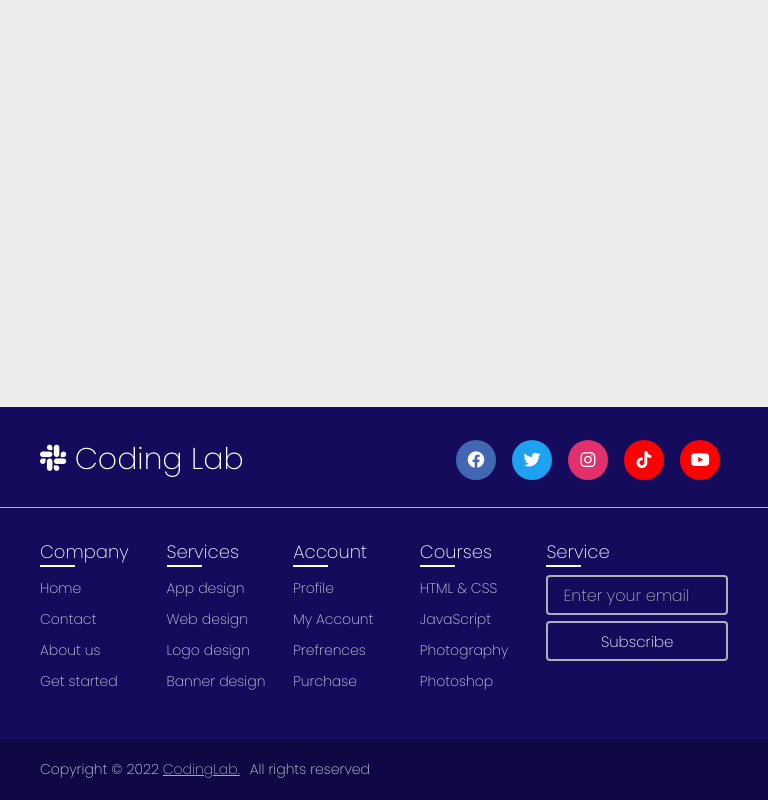
Repository: huynhvanngoan/TaskTeam5
Page: ResponsiveWebsiteFooterDesign/index.html
The author's editor kept a copy of each file at every save. The page is drawn from the files as they stood at one save, then again after a run of saves.
The browser window is 768 px wide. The pictures show the whole page.

Above is the page before, as saved 2022-10-10 13:14:44.

### ResponsiveWebsiteFooterDesign/index.html
<!DOCTYPE html>
<html lang="en">
<head>
    <meta charset="UTF-8">
    <meta http-equiv="X-UA-Compatible" content="IE=edge">
    <meta name="viewport" content="width=device-width, initial-scale=1.0">
    <title>Responsive Website Footer Design</title>
    <link rel="stylesheet" href="https://cdnjs.cloudflare.com/ajax/libs/font-awesome/6.2.0/css/all.min.css">
    <link rel="stylesheet" href="style.css">
</head>
<body>
    <footer>
        <div class="content">
            <div class="top">
                <div class="logo-details">
                    <i class="fab fa-slack"></i>
                    <span class="logo_name">Coding Lab</span>
                </div>
                <div class="media-icons">
                    <a href="#"><i class ="fab fa-facebook"></i></a>
                    <a href="#"><i class="fab fa-twitter"></i></a>
                    <a href="#"><i class="fab fa-instagram"></i></a>
                    <a href="#"><i class="fab fa-tiktok"></i></a>
                    <a href="#"><i class="fab fa-youtube"></i></a>
                </div>
            </div>
            <div class="link-boxes">
                <ul class="box">
                    <li class="link_name">Company</li>
                    <li><a href="#">Home</a></li>
                    <li><a href="#">Contact</a></li>
                    <li><a href="#">About us</a></li>
                    <li><a href="#">Get started</a></li>
                </ul>
                <ul class="box">
                    <li class="link_name">Services</li>
                    <li><a href="#">App design</a></li>
                    <li><a href="#">Web design</a></li>
                    <li><a href="#">Logo design</a></li>
                    <li><a href="#">Banner design </a></li>
                </ul>
                <ul class="box">
                    <li class="link_name">Account</li>
                    <li><a href="#">Profile</a></li>
                    <li><a href="#">My Account</a></li>
                    <li><a href="#">Prefrences</a></li>
                    <li><a href="#">Purchase</a></li>
                </ul>
                <ul class="box">
                    <li class="link_name">Courses</li>
                    <li><a href="#">HTML & CSS</a></li>
                    <li><a href="#">JavaScript</a></li>
                    <li><a href="#">Photography</a></li>
                    <li><a href="#">Photoshop</a></li>
                </ul>
                <ul class="box input-box">
                    <li class="link_name">Service</li>
                    <li><input type="text" placeholder="Enter your email"></li>
                    <li><input type="button" value="Subscribe"></li>
                </ul>
            </div>
        </div>
        <div class="bottom-details">
            <div class="bottom_text">
                <span class="copyright_text">Copyright &#169; 2022 <a href="#">CodingLab.</a>All rights reserved</span>
                <span class="policy_terms"><a href="#">Privacy policy</a>
                <a href="#">Terms & condition</a></span>
            </div>
        </div>
    </footer>
</body>
</html>

### ResponsiveWebsiteFooterDesign/style.css
/* Google font cdn link */
@import url('https://fonts.googleapis.com/css2?family=Poppins:ital,wght@0,200;0,600;1,500;1,900&display=swap');

* {
    margin: 0;
    padding: 0;
    box-sizing: border-box;
    font-family: 'Poppins', sans-serif;
}

body {
    min-height: 100vh;
    width: 100%;
    background: #EEECEB;
}

footer {
    position: fixed;
    background: #140B5C;
    width: 100%;
    bottom: 0;
    left: 0;
}
footer::before{
    content: '';
    position: absolute;
    left: 0;
    top: 100px;
    height: 1px;
    width: 100%;
    background: #AFAFB6;
}
footer .content {
    max-width: 1250px;
    margin: auto;
    padding: 30px 40px 40px 40px;
}
footer .content .top{
    display: flex;
    align-items: center;
    justify-content: space-between;
    margin-bottom: 50px;
}
.content .top .logo-details {
    color: #fff;
    font-size: 30px;
}
.content .top .media-icons {
    display: flex;
}
.content .top .media-icons a {
    height: 40px;
    width: 40px;
    background: red;
    margin: 0px 8px;
    border-radius: 50%;
    text-align: center;
    line-height: 40px;
    color: #fff;
    font-size: 17px;
    text-decoration: none;
}
.content .top .media-icons a:nth-child(1){
    background: #4267B2;
}
.content .top .media-icons a:nth-child(1):hover{
    color: #4267B2;
    background: #fff;
}
.content .top .media-icons a:nth-child(2){
    background: #1DA1F2;
}
.content .top .media-icons a:nth-child(2):hover{
    color: #1DA1F2;
    background: #fff;
}
.content .top .media-icons a:nth-child(3){
    background: #E1306C;
}
.content .top .media-icons a:nth-child(3):hover{
    color: #E1306C;
    background: #fff;
}
.content .top .media-icons a:nth-child(4){
    background: #000;
}
.content .top .media-icons a:nth-child(3):hover{
    color: #000;
    background: #fff;
}
.content .top .media-icons a:nth-child(4){
    background: #FF0000;
}
.content .top .media-icons a:nth-child(4):hover{
    color: #FF0000;
    background: #fff;
}
footer .content .link-boxes{
    width: 100%;
    display: flex;
    justify-content: space-between;
}
footer .content .link-boxes .box{
    width: calc(100% / 5 - 10px);
}
.content .link-boxes .box .link_name{
    color: #fff;
    font-size: 18px;
    font-weight: 400;
    margin-bottom: 10px;
    position: relative;
}
.link-boxes .box .link_name::before{
    content: '';
    position: absolute;
    left: 0;
    bottom: -2px;
    height: 2px;
    width: 35px;
    background: #fff;
}
.content .link-boxes .box li{
    margin: 6px 0;
    list-style: none;
}
.content .link-boxes .box li a{
    color: #fff;
    font-size: 14px;
    font-weight: 400;
    text-decoration: none;
    opacity: 0.8;
    transition: all 0.4s ease;
}
.content .link-boxes .box li a:hover{
    opacity: 1;
    text-decoration: underline;
}
.content .link-boxes .input-box {
    margin-right: 55px;
}
.link-boxes .input-box input{
    height: 40px;
    width: calc(100% + 55px);
    outline: none;
    border: 2px solid #AFAFB6;
    background: #140B5C;
    border-radius: 4px;
    padding: 0 15px;
    font-size: 15px;
    color: #fff;
}
.link-boxes .input-box input::placeholder{
    color: #AFAFB6;
    font-size: 16px;
}
.link-boxes .input-box input[type="botton"]{
    background: #fff;
    color: #140B5C;
    border: none;
    font-size: 18px;
    font-weight: 500;
    margin: 4px 0;
    opacity: 0.8;
    cursor: pointer;
    transition: all 0.4s ease;
}
.link-boxes .input-box input[type="botton"]:hover{
    opacity: 1;
}
footer .bottom-details{
    width: 100%;
    background: #0F0844;
}
footer .bottom-details .bottom_text{
    min-width: 1250px;
    margin-left: auto;
    margin: auto;
    padding: 20px 40px;
    display: flex;
    justify-content: space-between;
}
.bottom-details .bottom_text span,
.bottom-details .bottom_text a{
    font-size: 14px;
    font-weight: 300;
    color: #fff;
    opacity: 0.8;
}
.bottom-details .bottom_text a:hover{
    opacity: 1;
    text-decoration: underline;
}
.bottom-details .bottom_text a{
    margin-right: 10px;
}
@media (max-width: 900px)  {
    footer .content .link-boxes{
        fw
    }
}

After the next 2 saves:
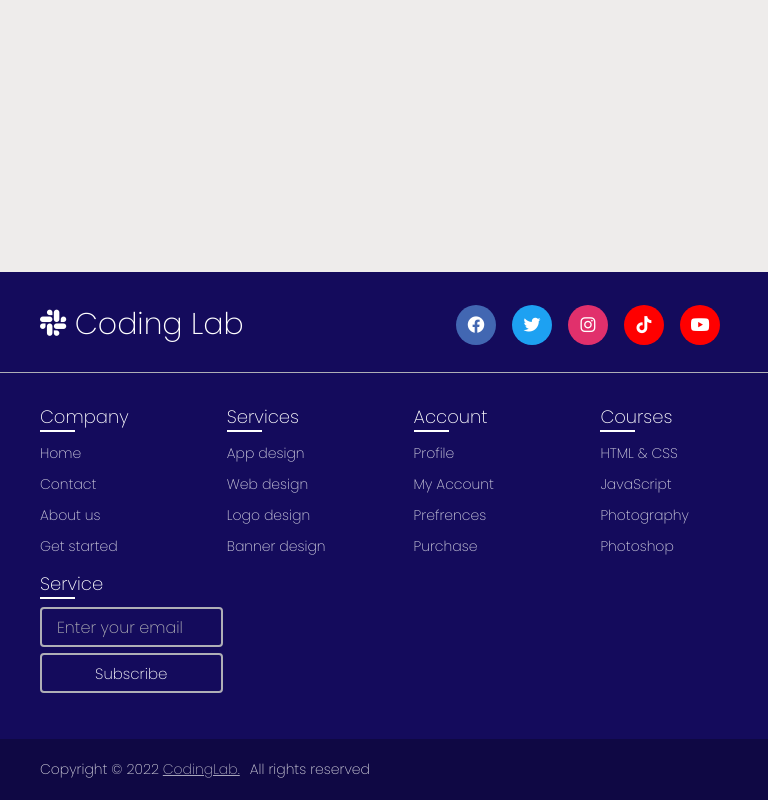
The 2 saves are shown as one change because they came seconds apart.
The last was saved 7 s later.
--- a/ResponsiveWebsiteFooterDesign/style.css
+++ b/ResponsiveWebsiteFooterDesign/style.css
@@ -195,6 +195,6 @@ footer .bottom-details .bottom_text{
 }
 @media (max-width: 900px)  {
     footer .content .link-boxes{
-        fw
+        flex-wrap: wrap;
     }
 }
